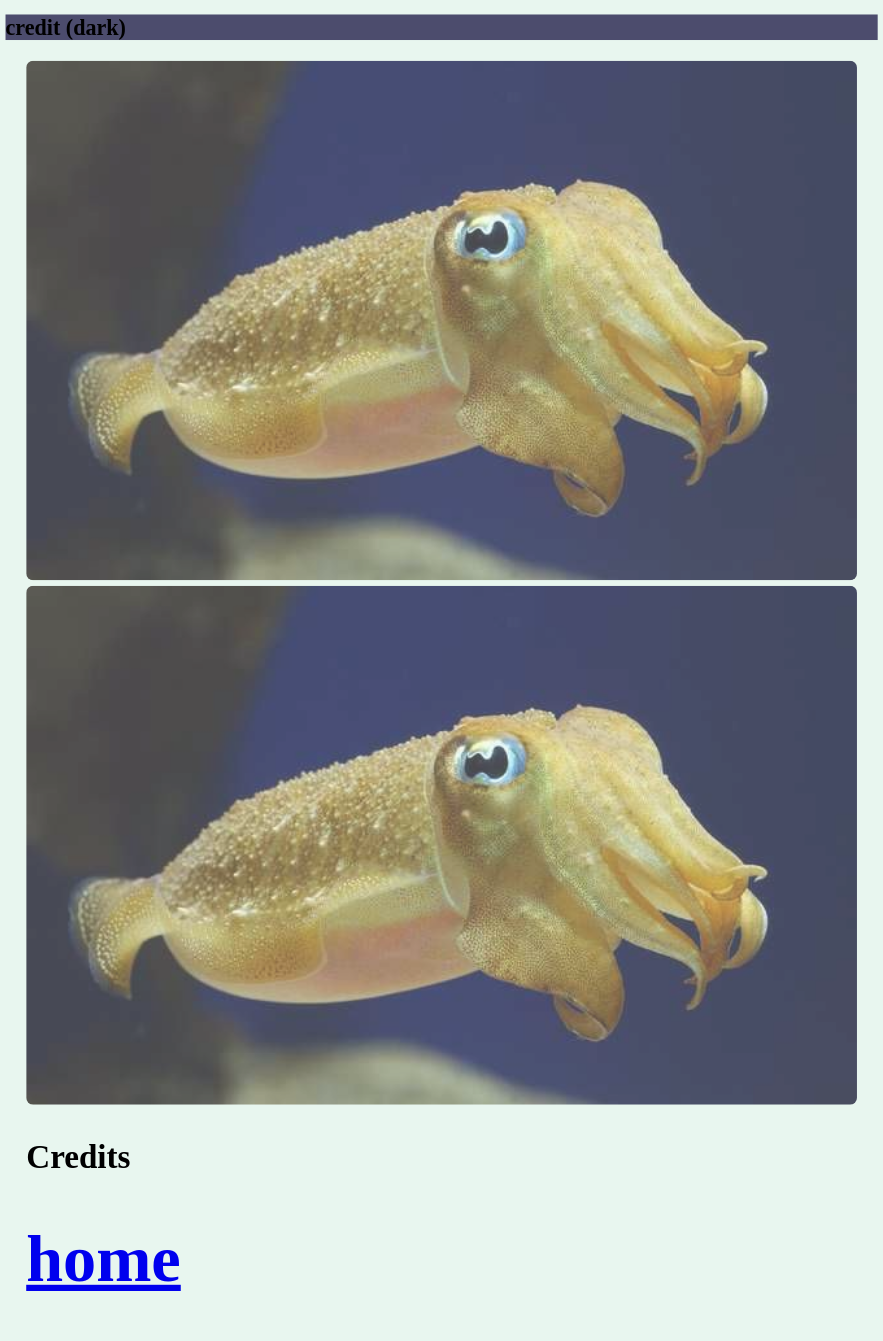
Repository: neomort/comm-lab-vid-site
Page: credits.html
The author's editor kept a copy of each file at every save. The page is drawn from the files as they stood at one save, then again after the next save.
The browser window is 1280 px wide. The pictures show the whole page, at 69% of full size.

Above is the page before, as saved 2021-09-23 02:50:31.

### credits.html
<!DOCTYPE html>

<head>
<title>Watch the movie</title>
<link rel="icon" href="images/chicken.png"/>
<link rel="stylesheet" href="./css/styles.css" />
</head>

<body class="bg-2">
  <div >
    <h1 class="dark-header text-dark font">credit (dark)<h1>
    <div class="default-margin">
      <div class="row">
        <a class="bar" href="watch.html">
         <div class="container bar">
          <img class="image-1" src="images/cuddle.jpg" />
          <H1 class="font centered-text text-light show">Watch</H1>
        </div>
      </a>
      </div>
      <div class="row">
      <a class="bar" href="links.html">
        <div class="container">
          <img class="image-1" src="images/cuddle.jpg" />
          <H1 class="font centered-text text-light show">Explore</H1>
        </div>
      </a>
      </div>
  <h2>Credits<h2>
    <a href="index.html"><h1>home</h1></a>
  </div>
  </div>
</body>

### css/styles.css
/* background colors */
/* color scheme */
.bg-1 {
  /* Yellow */
  background: #FFE194;
}

.bg-2 {
  /* Light */
  background: #E8F6EF;
}

.bg-3 {
  /* medium */
  background: #B8DFD8;
}

.bg-4 {
  /* dark */
  background: #4C4C6D;
}

.text-light {
  /* Light */
  color: #E8F6EF;
}

.text-dark {
  /* dark */
  background: #4C4C6D;
}

.font {
  font-family: Poppins;
}



/* flex properties */

.row {
  display: flex;
}

.column {
  flex: 50%;
  padding: 10px;
}

.column-2 {
  flex: 50%;
  padding: 10px;
  align-content: end;
}

.default-margin{
  margin: 30px;

}

/* fancy container button */

.container {
  position: relative;
  text-align: center;
  opacity: 70%;
  transition: 0.3s;
}

.container img{
  border-radius: 10px;
  width: 100%;
  opacity: 100%;
  transition: 0.3s;
}

.container:hover {
  position: relative;
  text-align: center;
  opacity: 100%;
  transition: 0.3s;
}

.container:hover .show{
  opacity: 1;
}

.show {
  opacity: 0;
  transition: 0.3s;
}

/* iframe box */

.frame {
  padding-top: 56.25%;
  position:relative;
}

.bar {
  width: 100%;
}

.dark-header h1{
  font-size: 100px;
  position: relative;
  text-align: center;

}


/* .drop-container{
  object-fit: cover;
  position: relative;
  text-align: center;
  opacity: 70%;
  transition: 0.3s;
}

.image-2{
  object-fit: cover;
  border-radius: 10px;
  width: 1000px;
  opacity: 100%;

  transition: 0.3s;
}

.drop-container:hover .image-2{
  object-fit: cover;
  border-radius: 10px;
  width: 100%;
  opacity: 100%;
  height: 300px;
  transition: 0.3s;
} */







.centered-text {
  position: absolute;
  top: 50%;
  left: 50%;
  transform: translate(-50%, -50%);
}

After the next save:
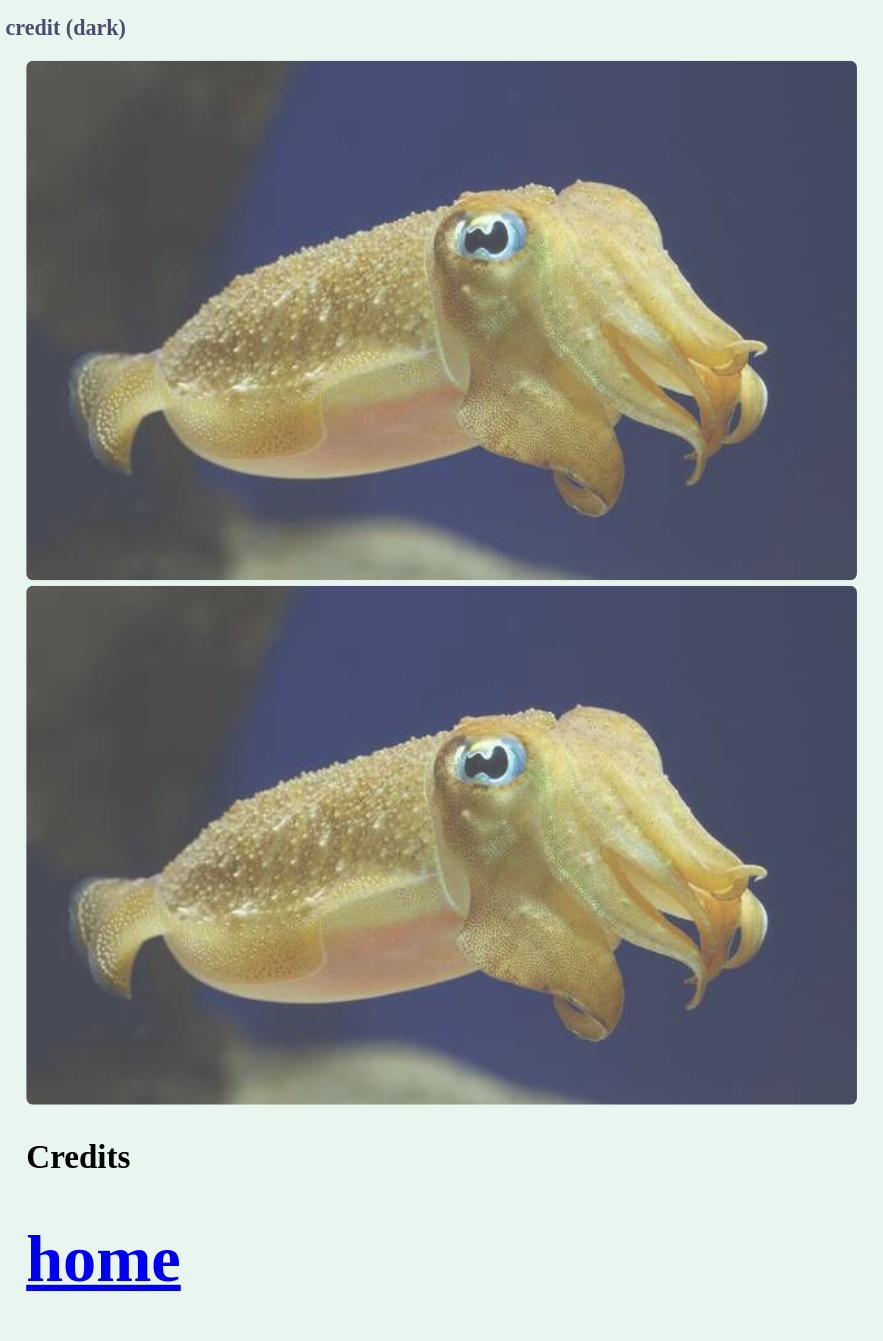
Saved 36 s later.
--- a/css/styles.css
+++ b/css/styles.css
@@ -27,7 +27,7 @@
 
 .text-dark {
   /* dark */
-  background: #4C4C6D;
+  color: #4C4C6D;
 }
 
 .font {
